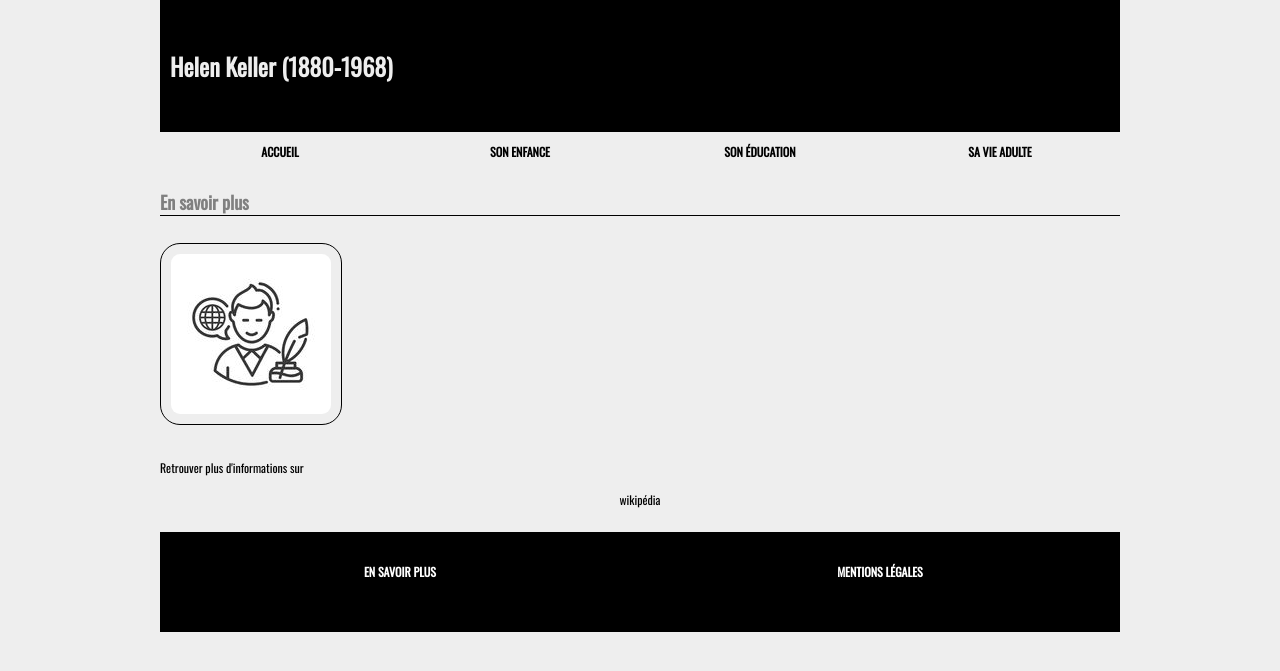
Repository: Luc010/Exercices
Page: HTML CSS/biographie_helen_keller/savoirplus.html
These files come from the project's save history. The page is drawn as it stood at one moment and after the next save; the edit follows.
The browser window is 1280 px wide. The pictures show the whole page.
The pointer rests on the first visible `.m-foot > a`.

Above is the page before, as saved 2019-09-04 16:46:35.

### HTML CSS/biographie_helen_keller/savoirplus.html
<!DOCTYPE html>
<html lang="fr">
<head>
    <title>Biographie Helen Keller - En savoir plus</title>
    <meta charset="UTF-8">
    <meta name="viewport" content="width=device-width, initial-scale=1.0">
    <meta http-equiv="X-UA-Compatible" content="ie=edge">
    <link href="style.css" rel="stylesheet">
</head>
<body>
    <header>
        <div class="container">
            <h1>Helen Keller (1880-1968)</h1>
        </div>
    </header>
    <nav>
        <ul>
            <li><a href="index.html">Accueil</a></li>
            <li><a href="enfance.html">Son enfance</a></li>
            <li><a href="education.html">Son éducation</a></li>
            <li><a href="adulte.html">Sa vie adulte</a></li>
        </ul>
    </nav>
    <main>
        <div class="container">
            <h2>En savoir plus</h2>
            <p><img src="img/hk8.jpg" alt="icone biographie"></p>
            <p>Retrouver plus d'informations sur <a href="https://fr.wikipedia.org/wiki/Helen_Keller"
                    target="_blank">wikipédia</a></p>
        </div>
    </main>
    <footer>
        <div class="container">
            <!-- ul>li*5>a{lien$} -->
            <ul>
                <li class="m-foot"><a href="savoirplus.html">En savoir plus</a></li>
                <li class="m-foot"><a href="mentions.html">Mentions légales</a></li>
            </ul>
        </div>
    </footer>
</body>
</html>

### HTML CSS/biographie_helen_keller/style.css
@import url('https://fonts.googleapis.com/css?family=Oswald&display=swap');
body{
    margin: 0;
    padding: 0;
    background-color: #eee;
    font-size: 12px;
    font-family: 'Oswald',corbel,calibri,sans-serif;
}
header, footer{
    background-color: black;
    width: 960px;
    min-height: 100px;
    line-height: 100px;
    margin-left: auto;
    margin-right: auto;
}
h1{
    color: #eee;
    text-indent: 10px;
}
h2{
    color: grey;
    border-bottom: 1px solid black;
}
p{
    /* Pourcentage plus simple à gérer, interligne (utilité: bcp de text) */
    line-height:200%;
}
img{
    border: 1px solid black;
    border-radius: 20px;
    padding: 10px;
}
.container {
    display: flex;
    flex-direction: column;
    width: 960px;
    margin-left: auto;
    margin-right: auto;
}
nav {
    min-height: 40px;
    position: sticky;
    top: 0;
    width: 960px;
    margin-left: auto;
    margin-right: auto;
}
ul, li {
    margin: 0;
    padding: 0;
    list-style: none;
}
ul {
    display: flex;
}
li {
    width: 100%;
    margin-bottom: 2px;
    height: 40px;
    font-weight: bold;
    text-transform: uppercase;
}
a {
    color: black;
    text-decoration: none;
    display: block;
    height: 40px;
    line-height: 40px;
    text-align: center;
    background-color: #eee;
}
a:hover {
    color: white;
    background-color: black;
}
.m-foot{
    margin-top: 20px;
}
.m-foot > a{
    background-color: transparent;
    color: white;
}
.m-foot > a:hover{
    background-color: transparent;
    color: white;
}

After the next save:
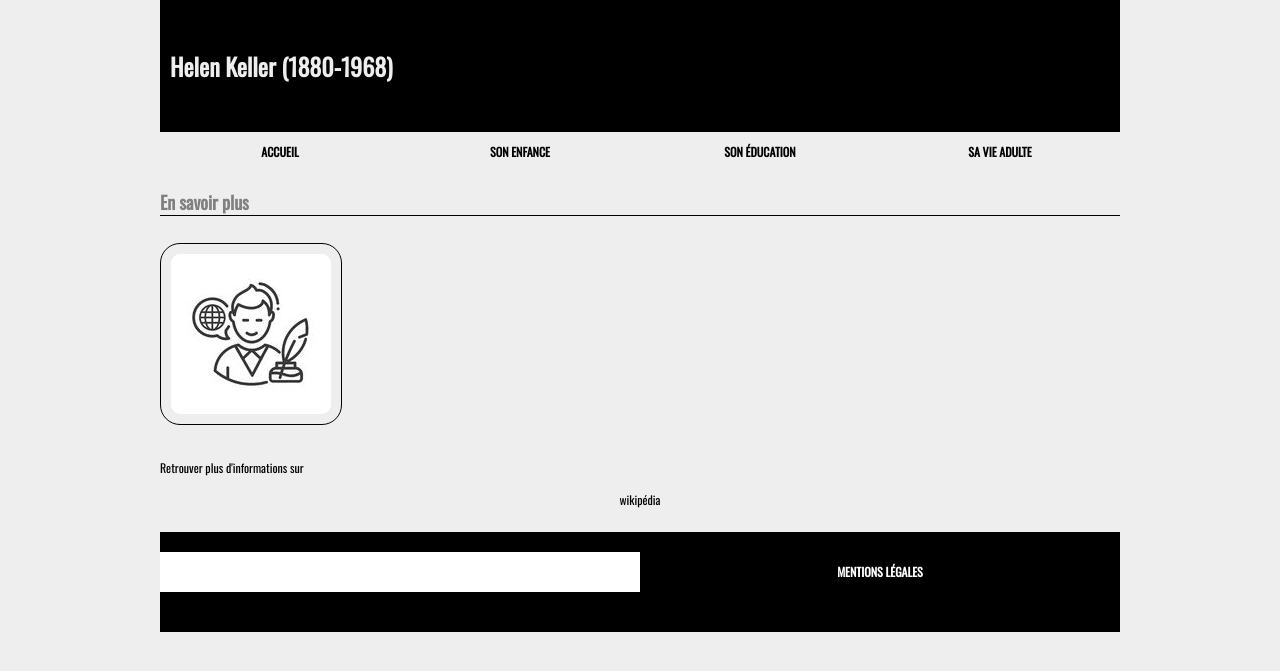
Saved 6 s later.
--- a/HTML CSS/biographie_helen_keller/style.css
+++ b/HTML CSS/biographie_helen_keller/style.css
@@ -83,5 +83,5 @@ a:hover {
 }
 .m-foot > a:hover{
     background-color: transparent;
-    color: white;
+    background-color: white;
 }
